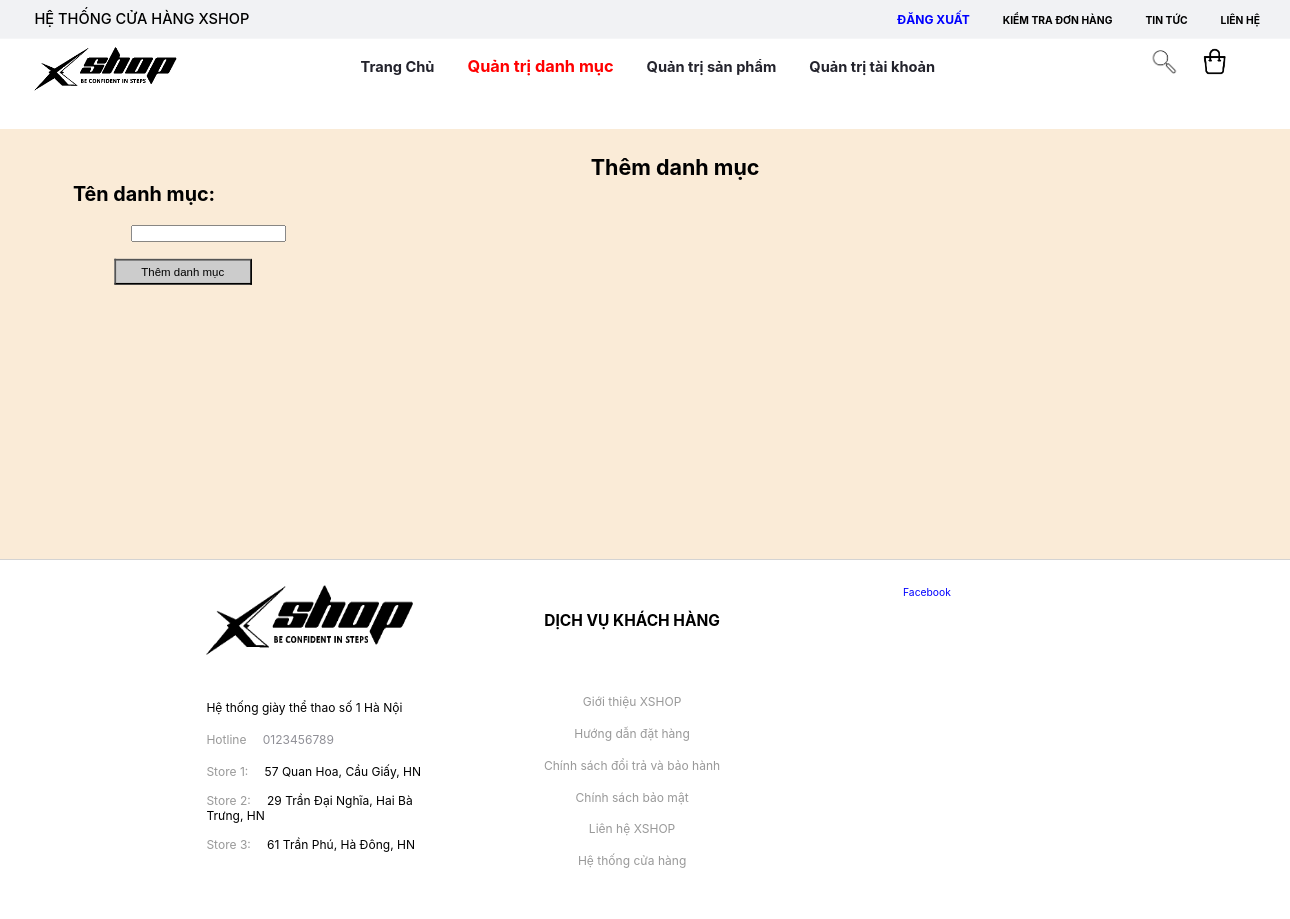
Repository: tienaq123/dam
Page: http://localhost/ass/ad/themdanhmuc.php
An editor plug-in stored every save of this project. The page is shown before and after the next save, followed by the edit.
The browser window is 1280 px wide. The page is 1500 px wide, so the pictures cover 1500 px, including what lies to the right of the window. The pictures show the whole page, at 86% of full size.
The page is run by PHP 8.4 with error messages shown; the project is at /var/www/html/.

Above is the page before, as saved 2021-10-14 06:05:06.

After the next save:
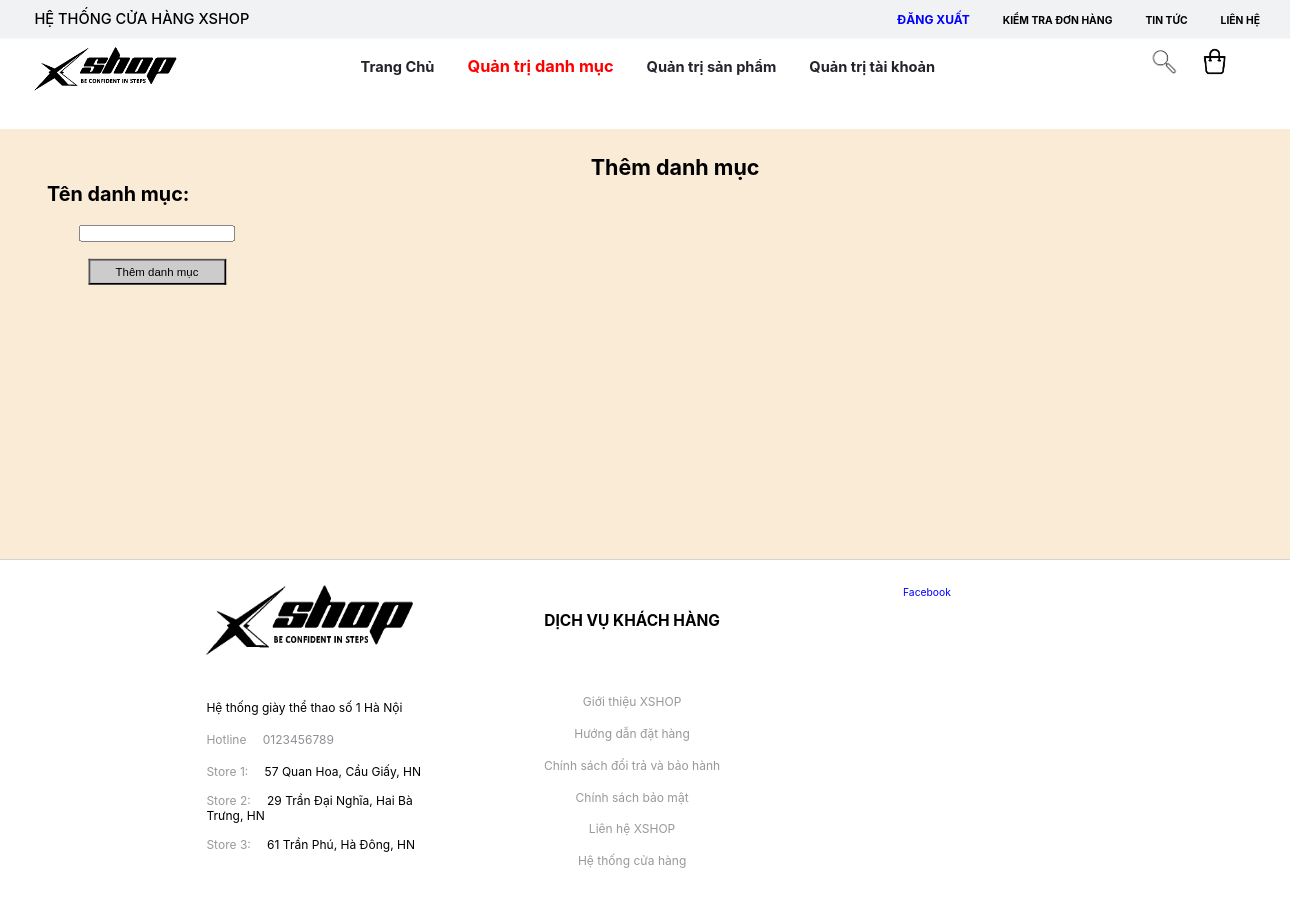
Saved 11 s later.
--- a/ad/themdanhmuc.php
+++ b/ad/themdanhmuc.php
@@ -58,7 +58,7 @@
                     </tr>
                     <tr>
                         <td>
-                        <input style="margin: 20px 0px 20px 150px; " type="text" name="tendanhmuc"> <br>
+                        <input style="margin: 20px 0px 20px 90px; " type="text" name="tendanhmuc"> <br>
                 <input style="background-color: #ccc; width: 160px; height: 30px; margin:0px 0px 20px 90px;" type="submit" value="Thêm danh mục" name="btn">
                         </td>
                     </tr>
